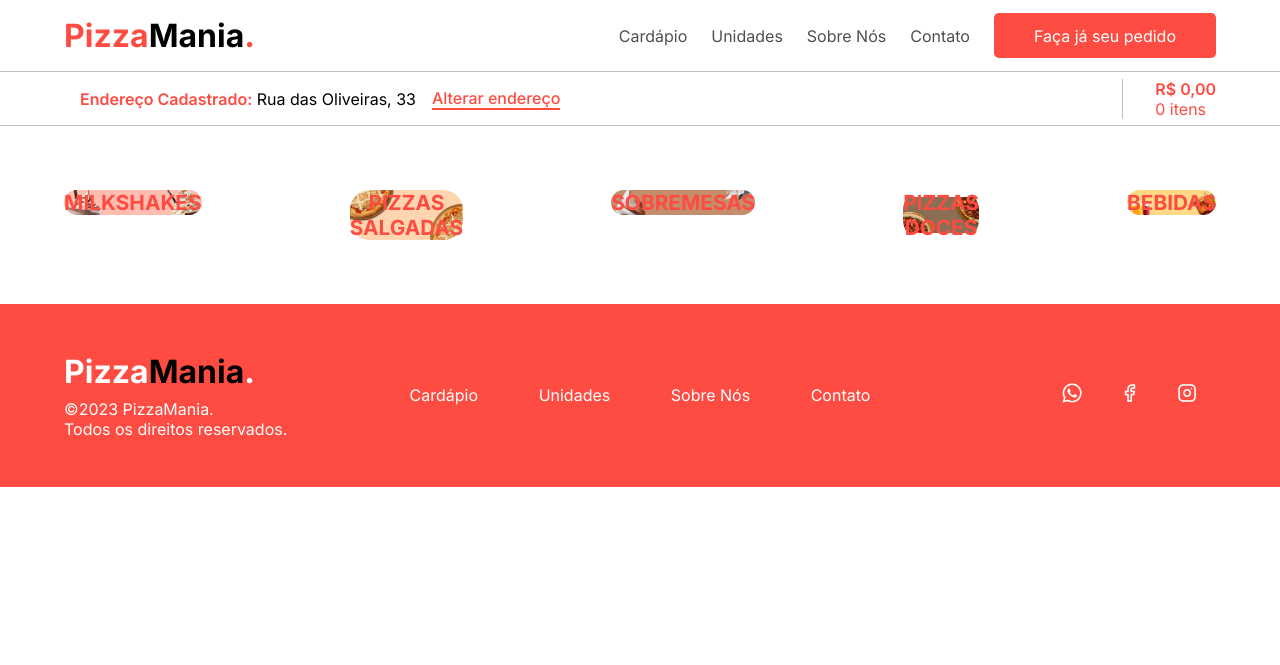
Repository: lucas-albuq/PizzaMania
Page: assets/pages/cardapio.html
The author's editor kept a copy of each file at every save. The page is drawn from the files as they stood at one save, then again after a run of saves.
The browser window is 1280 px wide. The pictures show the whole page.
Some icons come from a web library that is not loaded, so they are not drawn. Some web libraries are served in a nearby version.

Above is the page before, as saved 2024-01-04 21:14:54.

After the next 2 saves:
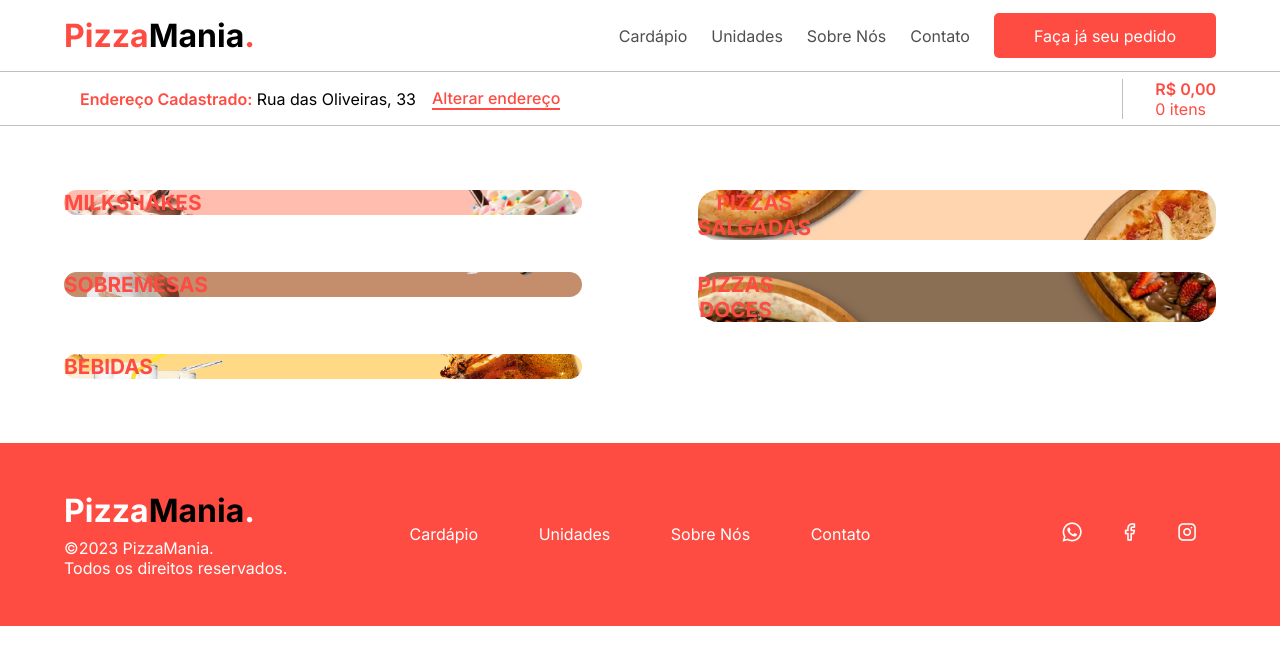
The 2 saves are shown as one change because they came seconds apart.
The last was saved 9 s later.
--- a/assets/css/pizzamania.css
+++ b/assets/css/pizzamania.css
@@ -395,6 +395,7 @@ footer .footer{
 }
 .categorias-cardapio a{
   text-decoration: none;
+  width: 45%;
 }
 
 .categorias-cardapio .milkshakes{
